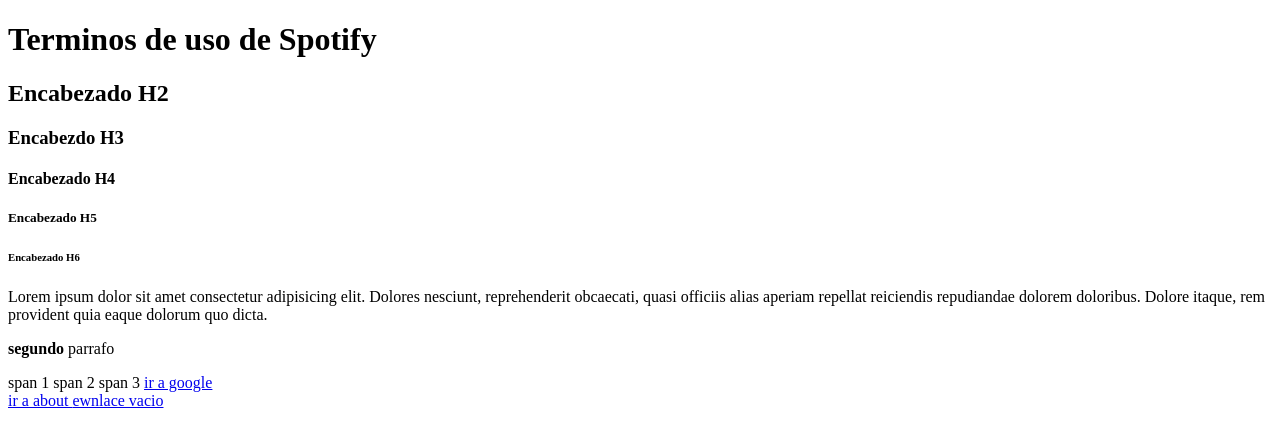
Repository: Devbenitez/Gen_30
Page: Gen_30/maquetado/index.html
An editor plug-in stored every save of this project. The page is shown before and after the next save, followed by the edit.
The browser window is 1280 px wide. The pictures show the whole page.

Above is the page before, as saved 2023-10-31 03:30:09.

After the next save:
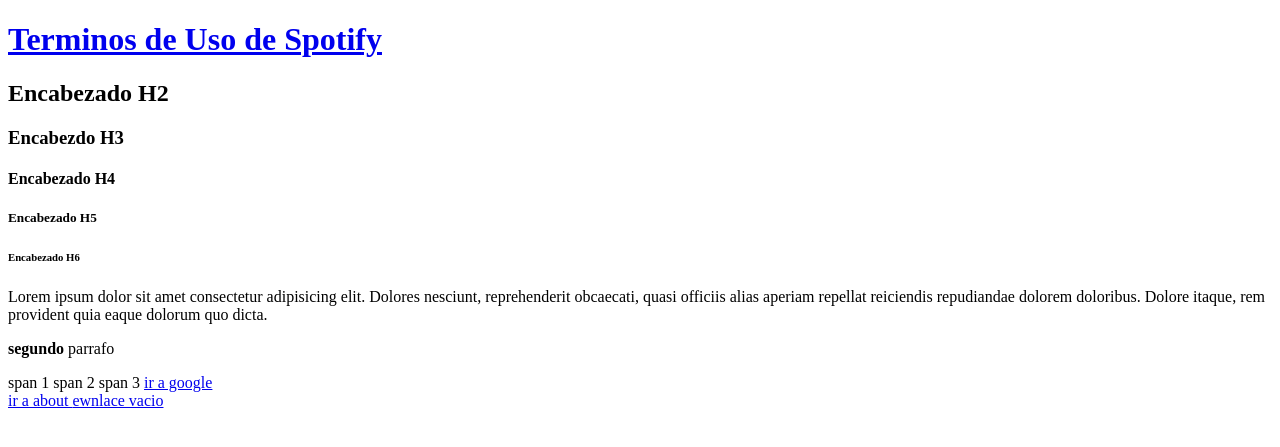
Saved 3 min 1 s later.
--- a/Gen_30/maquetado/index.html
+++ b/Gen_30/maquetado/index.html
@@ -16,7 +16,9 @@
 -->
     <main>
       <!--  etiquetas de texto -->
-      <h1>Terminos de uso de Spotify</h1>
+      <h1>
+        <a href="#"> Terminos de Uso de Spotify</a></h1>
+
       <h2>Encabezado H2</h2>
       <h3>Encabezdo H3</h3>
       <h4>Encabezado H4</h4>
